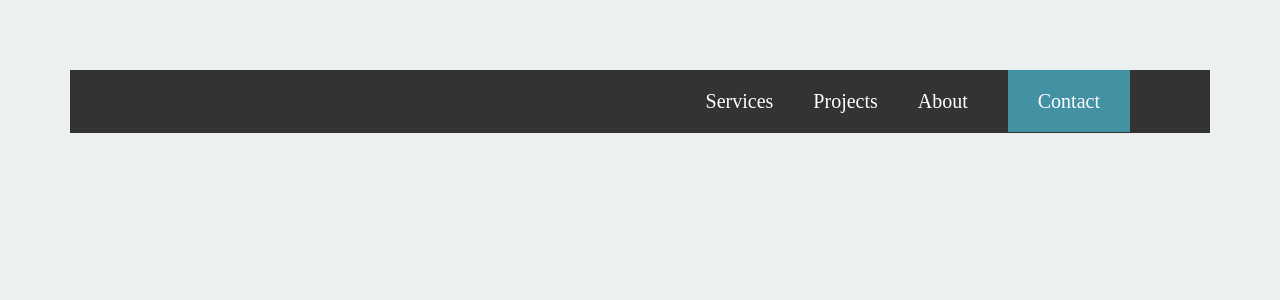
Repository: arifshahriyarnader/css-flexbox
Page: Exercise 1/index.html
These files come from the project's save history. The page is drawn as it stood at one moment and after a run of saves; the edit follows.
The browser window is 1280 px wide. The pictures show the whole page.

Above is the page before, as saved 2024-06-15 16:00:54.

### Exercise 1/index.html
<!DOCTYPE html>
<html lang="en">
<head>
    <meta charset="UTF-8">
    <meta name="viewport" content="width=device-width, initial-scale=1.0">
    <title>Navbar Using Flexbox</title>
    <link rel="stylesheet" href="css/style.css">
</head>
<body>
   <nav class="menubar_sec">
       <div class="leftmenu_link">
            <ul>
                <li><a href="#">Services</a></li>
                <li><a href="#">Projects</a></li>
                <li><a href="#">About</a></li>
                <li><a href="#" class="contact_btn">Contact</a></li>
            </ul>
           </div>
   </nav>
</body>
</html>

### Exercise 1/css/style.css
*{
    margin: 0px;
    padding: 0px;
}

ul{
    list-style: none;
}
a{
    text-decoration: none;
}
body{
    background-color: #ECF0F1;
}
.menubar_sec{
    background-color:#333333;
    min-height: 30px;
    margin: 70px;
    display:flex;
    justify-content: flex-end;
}

.leftmenu_link ul{
    display: flex;
    gap:40px;
    padding:20px 80px 20px 0px;

}

.leftmenu_link ul li a{
    color:#fff;
    font-size:20px;
    cursor: pointer;
}
.contact_btn{
    background-color:#4292A3;
    color:#fff;
    padding:20px 30px;

}

After the next 2 saves:
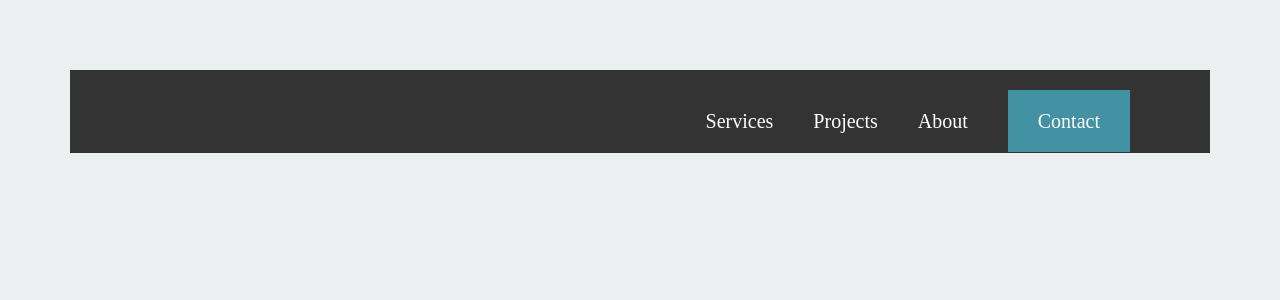
The 2 saves are shown as one change because they came seconds apart.
The last was saved 9 s later.
--- a/Exercise 1/css/style.css
+++ b/Exercise 1/css/style.css
@@ -14,7 +14,7 @@ body{
 }
 .menubar_sec{
     background-color:#333333;
-    min-height: 30px;
+    min-height: 50px;
     margin: 70px;
     display:flex;
     justify-content: flex-end;
@@ -23,7 +23,7 @@ body{
 .leftmenu_link ul{
     display: flex;
     gap:40px;
-    padding:20px 80px 20px 0px;
+    padding:40px 80px 20px 0px;
 
 }
 
